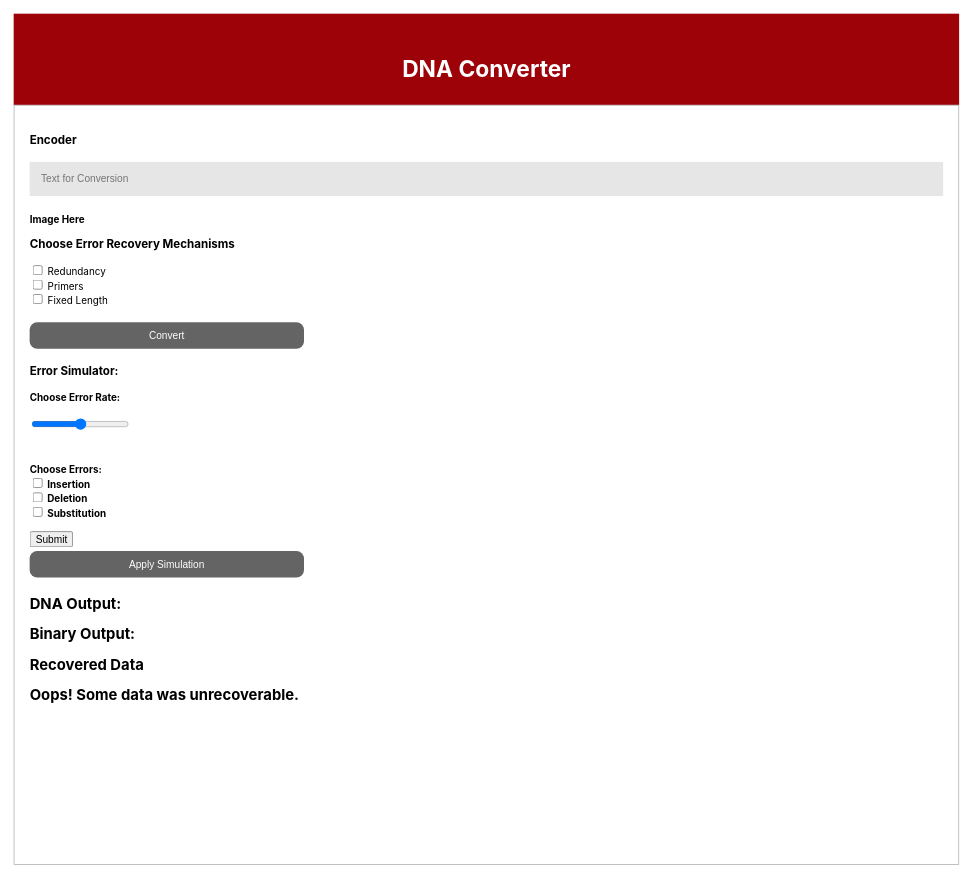
Repository: komalharjani/MSc-Thesis-DNA-Storage
Page: index.html
The author's editor kept a copy of each file at every save. The page is drawn from the files as they stood at one save, then again after the next save.
The browser window is 1280 px wide. The pictures show the whole page, at 76% of full size.

Above is the page before, as saved 2020-08-16 22:08:10.

### index.html
<!DOCTYPE html>
<html lang="en">

<head>
    <link href="index.css" rel="stylesheet">
    <meta charset="UTF-8">
    <meta name="viewport" content="width=device-width, initial-scale=1.0">
    <title>Document</title>
</head>

<body>
    <div id="LoginPage">
        <div class="header"><br>
            <h2> DNA Converter </h2>
        </div>

        <div class="loginContainer">
            <h3>Encoder</h3>
            <input type="text" placeholder="Text for Conversion" id="textToConvert" required class="input">
            <label for="text"><b>Image Here</b></label>
            <h3>Choose Error Recovery Mechanisms</h3>
            <form>
                <input type="checkbox" id="vehicle1" name="vehicle1" value="Bike">
                <label for="vehicle1"> Redundancy </label><br>
                <input type="checkbox" id="vehicle2" name="vehicle2" value="Car">
                <label for="vehicle2"> Primers </label><br>
                <input type="checkbox" id="vehicle3" name="vehicle3" value="Boat">
                <label for="vehicle3"> Fixed Length</label><br><br>
            </form>
            <button onclick="onSubmit()" id="submit">Convert</button>
            <h3>Error Simulator:</h3>
            <h4>Choose Error Rate:</h4>
            <input type="range" name="rangeInput" min="0" max="10" onchange="updateTextInput(this.value);">
            <input type="number" id="textInput" value="" class="range" max="10"><br>
            <h4>Choose Errors:</h4<br>
            <form>
                <input type="checkbox" id="vehicle1" name="vehicle1" value="Bike">
                <label for="vehicle1"> Insertion </label><br>
                <input type="checkbox" id="vehicle2" name="vehicle2" value="Car">
                <label for="vehicle2"> Deletion </label><br>
                <input type="checkbox" id="vehicle3" name="vehicle3" value="Boat">
                <label for="vehicle3"> Substitution </label><br><br>
                <input type="submit" value="Submit">
            </form>
            <button onclick="" id="error">Apply Simulation</button><br>
            <!--Take Error Rate from On Submit-->
            <h2>DNA Output:</h2>
            <h2>Binary Output:</h2>
            <h2>Recovered Data</h2>
            <h2>Oops! Some data was unrecoverable. </h2>
        </div>
    </div>

</body>
<script src="index.js"></script>

</html>

### index.css
body {
    background-color:white;
    resize: both;
    overflow: auto;
}

.labelText {
  width: 100%;
  padding: 15px;
  margin: 5px 0 22px 0;
  display: inline-block;
  border: none;
  background: #cacaca;
}

.search {
  width: 30%;
  padding: 15px;
  margin: 5px 0 22px 0;
  display: inline-block;
  border: none;
  background: #e6e6e6;
}

.runBtn {
  background-color: #000000;
  border: 1px solid #ffffff;
  color: rgb(255, 255, 255);
  padding: 14px 20px;
  margin-top: 5px;
  margin-bottom: 5px;
  margin-right: 2px;
  margin-left: 0;
  border: none;
  cursor: pointer;
  width: 100%;
  opacity: 0.9;
  font-size: 15px;
}

#map{
  height: 400px;
  width: 100%;
}

#profile {
  border-radius: 50%;
}

.profile {
    padding: 10px;
    text-align: center;
    height: auto;
}

/* Full-width input fields */
.input {
  width: 100%;
  padding: 15px;
  margin: 5px 0 22px 0;
  display: inline-block;
  border: none;
  background: #e6e6e6;
}

.range {
  margin: 5px 0 22px 0;
  display: inline-block;
  border: none;
  text-align: right;
}

li {
  width: 100%;
  padding: 15px;
  margin: 5px 0 22px 0;
  display: inline-block;
  border: none;
  background: #cacaca;
}

ul {
  padding: 0;
}


/* Add a background color when the inputs get focus */
input[type=text]:focus, input[type=password]:focus {
  background-color: rgb(184, 184, 184);
  outline: none;
}

/* button {
  background-color: #000000;
  color: rgb(255, 255, 255);
  padding: 14px 20px;
  margin: 8px;
  border: none;
  cursor: pointer;
  width: 30%;
  opacity: 0.9;
  border-radius: 20px;
} */

.loginContainer {
  width: 100%;
  float: center;
  padding: 20px;
  border: 0.5px solid #afafaf;
  height: 1000px;

}

/* Set a style for all buttons */
.button {
  background-color: #000000;
  color: rgb(255, 255, 255);
  padding: 10px;
  width: 100%;
  border: none;
  border-radius: 10px;
}

button {
  background-color: rgb(100, 100, 100);
  color: rgb(255, 255, 255);
  padding: 10px;
  width: 30%;
  margin-top: 5px;
  margin-bottom: 5px;
  margin-right: 2px;
  margin-left: 0;
  border: none;
  border-radius: 10px;
}

button:hover {
  opacity: 0.8;
}

/* Extra styles for the cancel button */
.cancelbtn {
  padding: 14px 20px;
  background-color: whitesmoke;
}

/* Float cancel and signup buttons and add an equal width */
.cancelbtn, .signupbtn {
  float: right;
  width: 100%;
}


/* Style the horizontal ruler */
hr {
  border: 1px solid #f1f1f1;
  margin-bottom: 25px;
}

/* Change styles for cancel button and signup button on extra small screens */
@media screen and (max-width: 300px) {
  .cancelbtn, .signupbtn {
     width: 100%;
  }
}
/* OLD BELOW!!!!! */

* {
    box-sizing: border-box;
  }

  /* Add a gray background color with some padding */
  body {
    font-family: -apple-system, BlinkMacSystemFont, 'Segoe UI', Roboto, Oxygen, Ubuntu, Cantarell, 'Open Sans', 'Helvetica Neue', sans-serif;
    padding: 10px;
    background: #ffffff;
    font-size: 13px;
  }
  table {
    font-family: arial, sans-serif;
    border-collapse: collapse;
    width: 100%;
  }

  td, th {
    border: 1px solid #dddddd;
    text-align: left;
    padding: 8px;
  }

  tr:nth-child(even) {
    background-color: #dddddd;
  }
  /* Header Title */
  .header {
    padding: 5px;
    font-size: 20px;
    text-align: center;
    background: #9d0208;
    color: white;
  }

  .login {
    width:300px;
    height:500px;
    position: fixed;
    top: 50%;
    left: 50%;
    margin-top: -125px;
    margin-left: -150px;
  }

  /* Split Screen into Columns */

  .rightcolumn {
    float: right;
    width: 50%;
    padding: 10px;
  }

  .leftcolumn {
    float: left;
    width: 20%;
    padding: 10px;
    background-color: rgb(255, 255, 255);
  }

  .left {
    float: right;
    width: 50%;
    background-color: rgb(255, 255, 255);
  }

  .right {
    float: right;
    width: 50%;
    background-color: rgb(255, 255, 255);
  }

  .centercolumn {
    float: left;
    width: 80%;
    padding: 10px;
    background-color: rgb(255, 255, 255);
  }

  .title {
    color: grey;
    font-size: 18px;
  }

  .rightcolumn {
    float: left;
    width: 30%;
    padding: 10px;
    background-color: rgb(255, 255, 255);
  }

  .box {
    background-color: rgb(255, 255, 255);
    width: 100%;
    padding: 15px;
  }


  .card {
     background-color: whitesmoke;
     padding: 15px;
  }

  .row:after {
    content: "";
    display: table;
    clear: both;
  }

  /* Footer */
  .footer {
    padding: 20px;
    text-align: center;
    background: #ddd;
    margin-top: 20px;
  }

  /* Responsive layout - when the screen is less than 800px wide, make the two columns stack on top of each other instead of next to each other */
  @media screen and (max-width: 800px) {
    .leftcolumn, .rightcolumn {
      width: 100%;
      padding: 0;
    }
  }

  tr:nth-child(even) {
    background-color: #3b37377c;
  }

  button:hover {
    opacity:1;
  }

  /* Extra styles for the cancel button */
  .cancelbtn {
    padding: 14px 20px;
    background-color: #000000;
  }

  /* Float cancel and signup buttons and add an equal width */
  .cancelbtn, .signupbtn {
    float: right;
    width: 100%;
  }

  .containerForm {
    width: 50%;
    float: left;
    padding: 10px;
    background-color: rgb(255, 255, 255);
  }

  /* Add padding to container elements */
  .container {
    width: 100%;
    float: left;
    padding: 10px;
    background-color: rgb(255, 255, 255);
  }

  #result {
    color: red;
  }

  .submitComment {
    background-color: white;
    color: black;
    border: 1px solid #888;
    width: 100%;
    float: right;
  }

  .submitComment :hover {
    background-color: rgb(138, 138, 138);
  }

  .readMore {
    background-color: rgb(216, 216, 216);;
    color: black;
    width: 40%;
    margin: 5px;
  }

  .logoutBtn {
    color: white;
    background-color: #9d0208 ;
    border: 1px solid rgb(255, 255, 255);
    margin: 10px;
  }

  .logoutBtn:hover {
    opacity: 0.7;
  }

  .register {
    color: black;
    background-color: white ;
    border: 1px solid rgb(255, 255, 255);
    margin: 10px;
    opacity: 0.8;
  }

  .register:hover {
    opacity: 1;
  }

  .runPostsStyle {
    background-color: rgb(255, 255, 255);
    padding: 20px;
    border-radius: 10px;
    margin-top: 20px;
    width: 100%;
    overflow: hidden;
    border: 1px solid rgb(0, 0, 0);
    columns: 2;
  }



  .commentPost {
    background-color: whitesmoke;
    padding: 20px;
    border-radius: 10px;
    margin-top: 20px;
    width: 100%;
    overflow: hidden;
  }

  .mapStyle {
    background-color: rgb(94, 0, 0);
    border-radius: 10px;
    width: 40%;
    height: 100px;
    border:solid black;
  }

  /* The Modal (background) */
  .modal {
    display: none; /* Hidden by default */
    position: fixed; /* Stay in place */
    left: 0;
    top: 0;
    width: 100%; /* Full width */
    height: 100%; /* Full height */
    overflow: auto; /* Enable scroll if needed */
    background-color:rgb(255, 255, 255);
    padding: 20px;
  }

  /* Modal Content/Box */
  .modal-content {
    background-color: #ffffff;
    margin: 5% auto 15% auto; /* 5% from the top, 15% from the bottom and centered */
    border: 1px solid #888;
    width: 80%; /* Could be more or less, depending on screen size */
  }

  .postTitle {
    font-size: 20px;
    font-weight: bold;
    color: #9d0208;
  }

  .dateDisplay {
    font-size: 20px;
    font-weight: bold;
  }

  .toFrom {
    font-size: 14px;
    font-weight: bold;
  }

  /* Style the horizontal ruler */
  hr {
    border: 1px solid #f1f1f1;
    margin-bottom: 25px;
  }

  /* The Close Button (x) */
  .close {
    position: absolute;
    right: 35px;
    top: 15px;
    font-size: 40px;
    font-weight: bold;
    color: #000000;
  }

  .close:hover,
  .close:focus {
    color: #ff8484;
    cursor: pointer;
  }

  /* Clear floats */
  .clearfix::after {
    content: "";
    clear: both;
    display: table;
  }

  /* Change styles for cancel button and signup button on extra small screens */
  @media screen and (max-width: 300px) {
    .cancelbtn, .signupbtn {
       width: 100%;
    }
  }

  .dropbtn {
    background-color: #E6E6E6;
    color: rgb(85, 85, 85);
    padding: 16px;
    font-size: 16px;
    border: none;
    width: 100px;
    cursor: pointer;
  }

  .dropbtn:hover, .dropbtn:focus {
    background-color: rgb(187, 187, 187);
  }

  .dropdown {
    position: relative;
    display: inline-block;
  }

  .dropdown-content {
    display: none;
    position: absolute;
    background-color: #f1f1f1;
    min-width: 160px;
    overflow: auto;
    box-shadow: 0px 8px 16px 0px rgba(0,0,0,0.2);
    z-index: 1;
  }

  .dropdown-content a {
    color: black;
    padding: 12px 16px;
    text-decoration: none;
    display: block;
  }

  .dropdown a:hover {background-color: #ddd;}

  .show {display: block;}

### index.js
let text = "Lorem Ipsum is simply dummy text of the printing and typesetting industry. Lorem Ipsum has been the industry's standard dummy text ever since the 1500s, when an unknown printer took a galley of type and scrambled it to make a type specimen book. It has survived not only five centuries, but also the leap into electronic typesetting, remaining essentially unchanged. It was popularised in the 1960s with the release of Letraset sheets containing Lorem Ipsum passages, and more recently with desktop publishing software like Aldus PageMaker including versions of Lorem Ipsum. Lorem Ipsum is simply dummy text of the printing and typesetting industry. Lorem Ipsum has been the industry's standard dummy text ever since the 1500s, when an unknown printer took a galley of type and scrambled it to make a type specimen book. It has survived not only five centuries, but also the leap into electronic typesetting, remaining essentially unchanged. It was popularised in the 1960s with the release of Letraset sheets containing Lorem Ipsum passages, and more recently with desktop publishing software like Aldus PageMaker including versions of Lorem Ipsum. Lorem Ipsum is simply dummy text of the printing and typesetting industry. Lorem Ipsum has been the industry's standard dummy text ever since the 1500s, when an unknown printer took a galley of type and scrambled it to make a type specimen book. It has survived not only five centuries, but also the leap into electronic typesetting, remaining essentially unchanged. It was popularised in the 1960s with the release of Letraset sheets containing Lorem Ipsum passages, and more recently with desktop publishing software like Aldus PageMaker including versions of Lorem Ipsum. Lorem Ipsum is simply dummy text of the printing and typesetting industry. Lorem Ipsum has been the industry's standard dummy text ever since the 1500s, when an unknown printer took a galley of type and scrambled it to make a type specimen book. It has survived not only five centuries, but also the leap into electronic typesetting, remaining essentially unchanged. It was popularised in the 1960s with the release of Letraset sheets containing Lorem Ipsum passages, and more recently with desktop publishing software like Aldus PageMaker including versions of Lorem Ipsum.";
console.log(text.length);
let noErrors = 4;
let binOutput;

/**
 * Called when convert is started
 */
function onSubmit() {

    //Add Length
    let input = addLength();
    binOutput = textToBinary(input);
    //binOutput = textToBinary(text);

    //ADDING ENCODING INFORMATION
    let dnaStringOutput = binaryToDNA(binOutput);

    //add Primers
    let addedPrimers = addPrimers(dnaStringOutput);

    //Add Redundancy and Complement
    let cloneOne = addedPrimers.slice();
    let cloneTwo = addedPrimers.slice();
    let comp = addComplement(addedPrimers); //or dnaString Output
    //let cloneOne = dnaStringOutput.slice();
    //let cloneTwo = dnaStringOutput.slice();
    //let comp = addComplement(dnaStringOutput);
    //let reverse = cloneTwo.reverse();

    //Add Blocks
    let blocks = addBlocks(addPrimers);
    //errorSimulator(blocks);

    //ERROR SIMULATOR
    let cloneError = errorSimulator(cloneOne);
    let cloneTwoError = errorSimulator(cloneTwo);
    let dnaStringError = errorSimulator(addedPrimers);
    console.log(dnaStringError);
    let errorComp = errorSimulator(comp);

    // let rem = removePrimers(errorDNA);
    // let extractedLength = getLength(removePrimers); //call getLength from here
    // errorCorrectLength(extractedLength);

    //Call Error Correcting for Redundant
    let errorCorrection = errorCorrectRedundant(cloneError, dnaStringError, cloneTwoError);
    let errorCorrectionResult = dnaToBinary(errorCorrection);
    let convertedOutput = removePrimers(errorCorrectionResult);
    let decoded = decode(convertedOutput);
    binaryToText(decoded);
}

function imageToBinary(img) {
        var binArray = []
        var datEncode = "";

        for (i=0; i < data.length; i++) {
            binArray.push(data[i].charCodeAt(0).toString(2));
        }
        for (j=0; j < binArray.length; j++) {
            var pad = padding_left(binArray[j], '0', 8);
            datEncode += pad + ' ';
        }
        function padding_left(s, c, n) { if (! s || ! c || s.length >= n) {
            return s;
        }
        var max = (n - s.length)/c.length;
        for (var i = 0; i < max; i++) {
            s = c + s; } return s;
        }
        console.log(binArray);
}

/**
 * Converting User Inputted Text into Binary using ASCII Table
 * @param {*} text
 */
function textToBinary(text) {
    var length = text.length,
        output = [];
    for (var i = 0; i < length; i++) {
        var bin = text[i].charCodeAt().toString(2);
        output.push(Array(8 - bin.length + 1).join("0") + bin);
    }
    return output.join("");
}

/**
 * Converting Binary Output to DNA by Mapping 2 bits to A, G, C or T.
 * Mapping: A = 00, G = 01, C = 10, T = 11
 * @param {*} binOutput
 */
function binaryToDNA(binOutput) {
    // console.log(binOutput.length);
    let dnaArray = [];
    var twoBitsArray = []; //Array to hold binary elements, each element containing 2 bits
    var i = 0;
    var n = binOutput.length;

    while (i < n) {
        twoBitsArray.push(binOutput.slice(i, i += 2));
    }
    console.log(twoBitsArray);

    for (let i = 0; i < twoBitsArray.length; i++) {
        if (twoBitsArray[i] == "00") {
            dnaArray.push("A");
        }
        else if (twoBitsArray[i] == "01") {
            dnaArray.push("G");
        }
        else if (twoBitsArray[i] == "10") {
            dnaArray.push("C");
        }
        else if (twoBitsArray[i] == "11") {
            dnaArray.push("T");
        }
    }
    return dnaArray;
}

/**
 * Control 1: Remove Homopolymers and 'GC' repeats
 */
function removeHomopolymers() {

}

/**
 * Add a Payload
 * @param {*} dnaArray
 */
function addPrimers(dnaArray) {
    let stringed = dnaArray.join("");
    let primer = "AAAAA"; //Add Primer of 5 A's
    let dnaString = primer + stringed + primer;
    let textLength, dnaLength, binaryLength;
    return dnaString;
}

/**
 *
 */
function addLength() {
    let padding = "00000000";
    let textLength = text.length;
    let noNums = textLength.toString().length;
    let zeros = 8 - noNums;
    let zerosPadding = padding.slice(0, zeros);
    let final = zerosPadding + textLength;
    console.log(final);
    //length of DNA == 32 CHARACTERS AT THE END
    text = text + final;
    return text;
}

/**
 *
 */
function addBlocks() {

}


/**
 * Generate Complement of DNA String to be stored
 */
function addComplement(dnaArray) {

    let complement = [];
    for (let i = 0; i < dnaArray.length; i++) {
        if (dnaArray[i] == "A") {
            complement.push("T");
        }
        if (dnaArray[i] == "T") {
            complement.push("A");
        }
        if (dnaArray[i] == "C") {
            complement.push("G");
        }
        if (dnaArray[i] == "G") {
            complement.push("C");
        }
    }
    let comp = complement.join("");
    return comp;
}

/**
 * Error Simulator to delete random information
 * Attempting to mimic sequencing and synthesis errors in practice
 * @param {*} dnaString
 */
function errorSimulator(dnaString) { //does this have to deal with a string?
    let errorRate = Math.round(dnaString.length * noErrors / 1000); //error rate user input
    dnaArray = dnaString.split("");
    console.log(dnaArray);
    let min = 0; //change if errors should be concentrated at end
    for (let i = 0; i < errorRate; i++) { //for error rate
        let randomIndex = (Math.floor(Math.random() * dnaArray.length - min + 1) + min) + 1; //generate random index
        console.log(randomIndex);
        //min = randomIndex; //set minimum for sequential errors
        console.log(dnaArray[randomIndex + 1]);
        dnaArray.splice(randomIndex, 1); //remove element from string here
    }
    return dnaArray;
}

/**
 *
 * @param {*} dnaString
 */
function errorCorrectRedundant(cloneOne, errorDNA, cloneTwo,len) {

    let temp = [];
    let missing = [];

    let majority;

    let getLenClone = errorDNA.slice();
    let errorCorrectionResult = dnaToBinary(getLenClone);
    let convertedOutput = removePrimers(errorCorrectionResult);
    let decoded = decode(convertedOutput);
    binaryToText(decoded);
    let extractedLength = getLength(errorCorrectionResult); //call getLength from here
    console.log(extractedLength);
    console.log(getLenClone.length);

    let noErrors = (extractedLength - getLenClone.length) * 3;
    console.log(noErrors);


    while (noErrors > 0) {
        //Identifies the index of where the error has occured
        for (let j = 0; j < errorDNA.length; j++) {
            if (errorDNA[j] === cloneOne[j] && errorDNA[j] === cloneTwo[j]) {
                temp.push(errorDNA[j]);
            }
            else {
                missing.push({
                    original: errorDNA[j],
                    cloneOne: cloneOne[j],
                    cloneTwo: cloneTwo[j]
                })
                break;
            }
        }

        let indexToInsert = temp.length;
        //correct in missing

        for (let i = 0; i < missing.length; i++) {
            if (missing[i].original === missing[i].cloneOne) {
                majority = missing[i].original;
                cloneTwo.splice(indexToInsert, 0, majority);
                //return errorDNA, cloneOne, cloneTwo;
                //dnaToBinary(cloneTwo);
            }
            else if (missing[i].original === missing[i].cloneTwo) {
                majority = missing[i].original;
                cloneOne.splice(indexToInsert, 0, majority);
                //return errorDNA, cloneOne, cloneTwo;
                //dnaToBinary(cloneOne);
            }
            else if (missing[i].cloneTwo === missing[i].cloneOne) {
                majority = missing[i].cloneTwo;
                errorDNA.splice(indexToInsert, 0, majority);
                //return errorDNA, cloneOne, cloneTwo;
                //dnaToBinary(errorDNA);
            }
        }
        missing = [];
        temp = [];
        majority = "";
        noErrors--;
    }
    return errorDNA;

}


//Get Length of Binary --> must decode to get length
//decode original string
//remove primers
//call getLength
function getLength(decodedResult) {
    //decodedResult.splice(-5, 5); //remove primer from en
    let removeNum = decodedResult.length - 32;
    decodedResult.splice(0, removeNum);
    let extractedLength = decode(decodedResult);
    let finalNum = binaryToText(extractedLength);
    let num = finalNum.replace(/^0+/, '');
    let dnaLength = (num * 4) + 42;
    console.log(dnaLength);
    return dnaLength;
}

// function errorCorrectLength(len) {
//     let dnaLength = (len * 4) + 42;
//     console.log(dnaLength);
// }

/**
 * Convert error corrected string back to binary
 * @param {*} dnaString
 */
function dnaToBinary(dnaString) {
    let decodedResult = [];

    for (let i = 0; i < dnaString.length; i++) {
        if (dnaString[i] == "A") {
            decodedResult.push("00");
        }
        if (dnaString[i] == "G") {
            decodedResult.push("01");
        }
        if (dnaString[i] == "C") {
            decodedResult.push("10");
        }
        if (dnaString[i] == "T") {
            decodedResult.push("11");
        }
    }
    console.log(decodedResult);
    return decodedResult;
}


function removePrimers(convertedOutput) {
    //check if all A's and then splice
    convertedOutput.splice(0, 5); //remove primer from beginning
    convertedOutput.splice(-5, 5); //remove primer from end
    return convertedOutput;

}

function decode(convertedOutput) {
    let conv = convertedOutput.join("");
    // console.log(conv);

    let temp = [];
    var i = 0;
    var n = conv.length;

    while (i < n) {
        temp.push(conv.slice(i, i += 8));
    }

    // console.log(temp);
    temp = temp.join(" ");
    return temp;
}


/**
 * Map Binary back to text using ASCII character codes
 * @param {*} str
 */
function binaryToText(str) {
    // console.log(str);
    var binString = '';
    str.split(' ').map(function (bin) {
        binString += String.fromCharCode(parseInt(bin, 2));
    });
    console.log(binString);
    return binString;
}

After the next save:
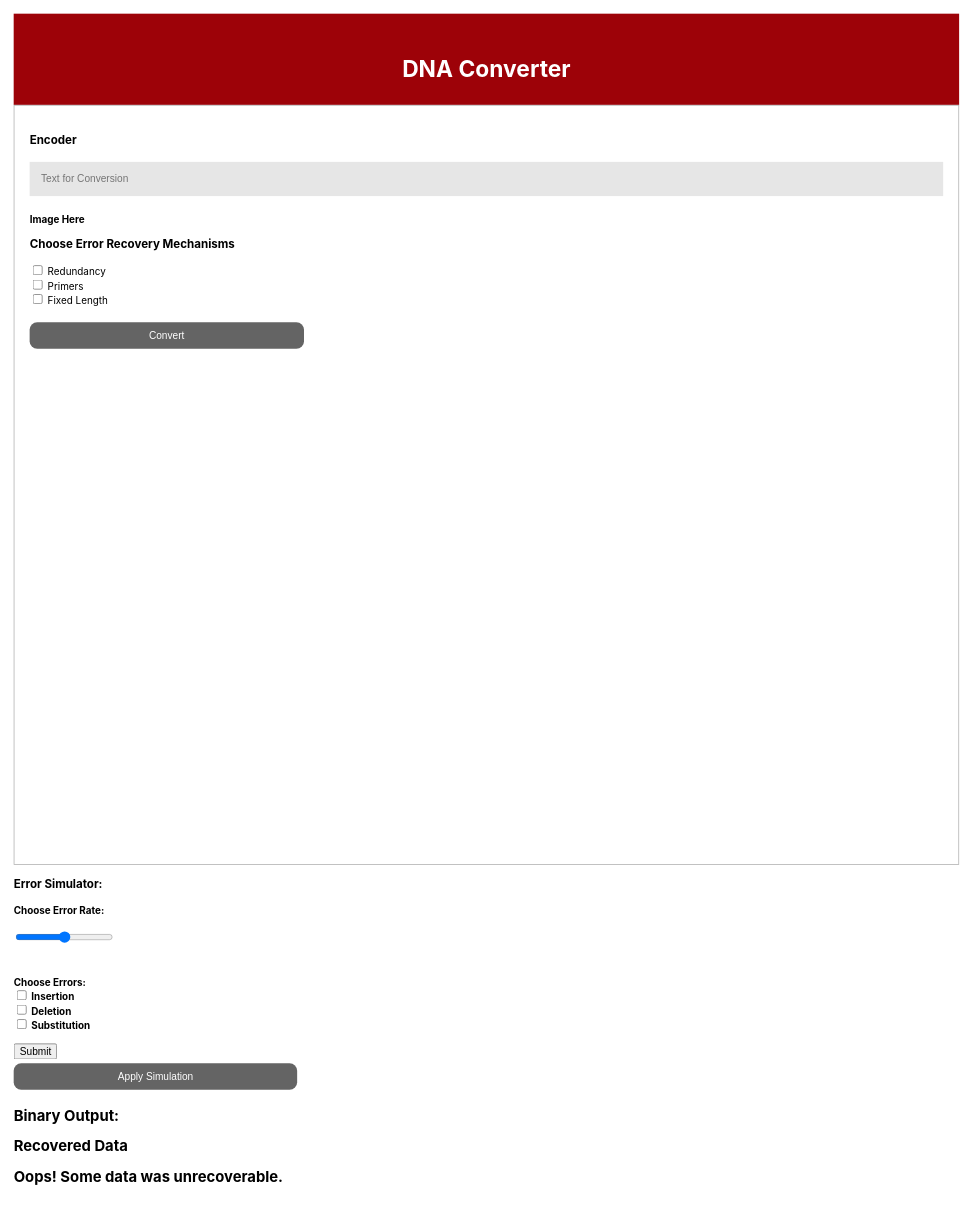
Saved 39 s later.
--- a/index.html
+++ b/index.html
@@ -28,6 +28,7 @@
                 <label for="vehicle3"> Fixed Length</label><br><br>
             </form>
             <button onclick="onSubmit()" id="submit">Convert</button>
+        </div>
             <h3>Error Simulator:</h3>
             <h4>Choose Error Rate:</h4>
             <input type="range" name="rangeInput" min="0" max="10" onchange="updateTextInput(this.value);">
@@ -44,7 +45,6 @@
             </form>
             <button onclick="" id="error">Apply Simulation</button><br>
             <!--Take Error Rate from On Submit-->
-            <h2>DNA Output:</h2>
             <h2>Binary Output:</h2>
             <h2>Recovered Data</h2>
             <h2>Oops! Some data was unrecoverable. </h2>
